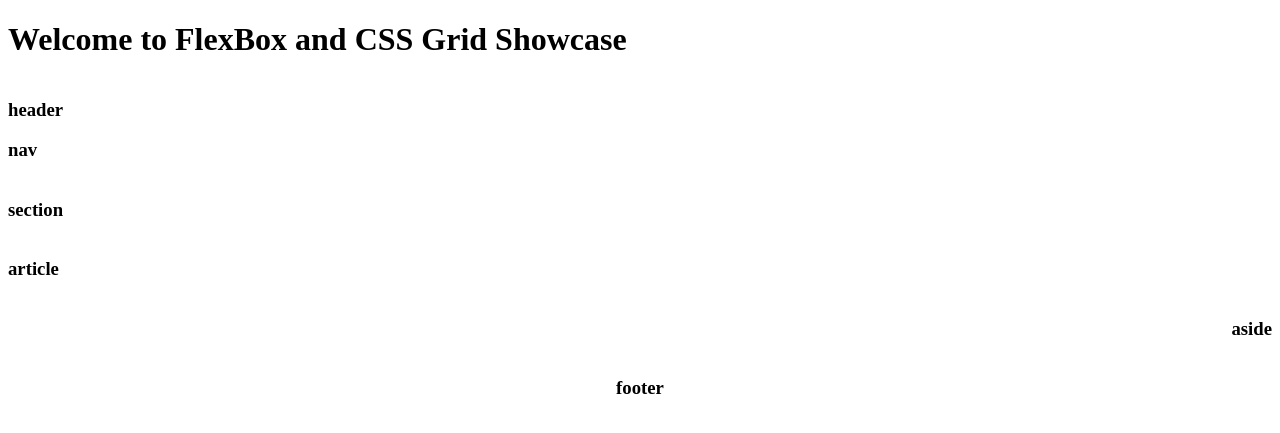
Repository: Awhit-commits/CSS_GRID_AND_FLEXBOX_LESSON
Page: index.html
These files come from the project's save history. The page is drawn as it stood at one moment and after the next save; the edit follows.
The browser window is 1280 px wide. The pictures show the whole page.

Above is the page before, as saved 2020-12-21 17:44:33.

### index.html
<!DOCTYPE html>
<html lang="en">

<head>
    <meta charset="UTF-8">
    <meta name="viewport" content="width=device-width, initial-scale=1.0">
    <title>Document</title>
    <link rel="stylesheet" href="style.css">
</head>

<body>
    <h1>Welcome to FlexBox and CSS Grid Showcase</h1>
    <div class="containerFlex">
        <div class="headerArea">
        <div class="header">
            <h3>header</h3>

        </div>
        <div class="nav">
            <h3>nav</h3>
        </div>
        </div>
        <div class="main">
            <div class="section">
                <h3>section</h3>
            </div>
            <div class="article">
                <h3>article</h3>
            </div>
        </div>
        <div class="aside">
            <h3>aside</h3>
        </div>
        <div class="footer">
            <h3>footer</h3>
        </div>
    </div>
    <script src="script.js"></script>
</body>

</html>

### style.css
.containerFlex {
    display: flex;
    flex-direction: column;
    flex-wrap: nowrap;
    justify-content: space-between;
    /* text-align: center; */
}

.main{
    display:flex;
    flex-direction: column;
    justify-content: flex-start;
    flex: 1 auto;
}
.headerArea{
    /* display: flex; */
    align-items: center;
    flex-direction: column;
    /* justify-content:center */
}
.header{
    flex: 1 1 auto;
}

.nav{
    flex: 1 auto;
}
.aside{
    /* display: flex; */
    align-self:flex-end;
    /* align-items:center; */
    /* text-align: center; */


}

.footer{
    display: flex;
    align-items: center;
    flex-direction: column;
}

### script.js
console.log(`Hello World`);

After the next save:
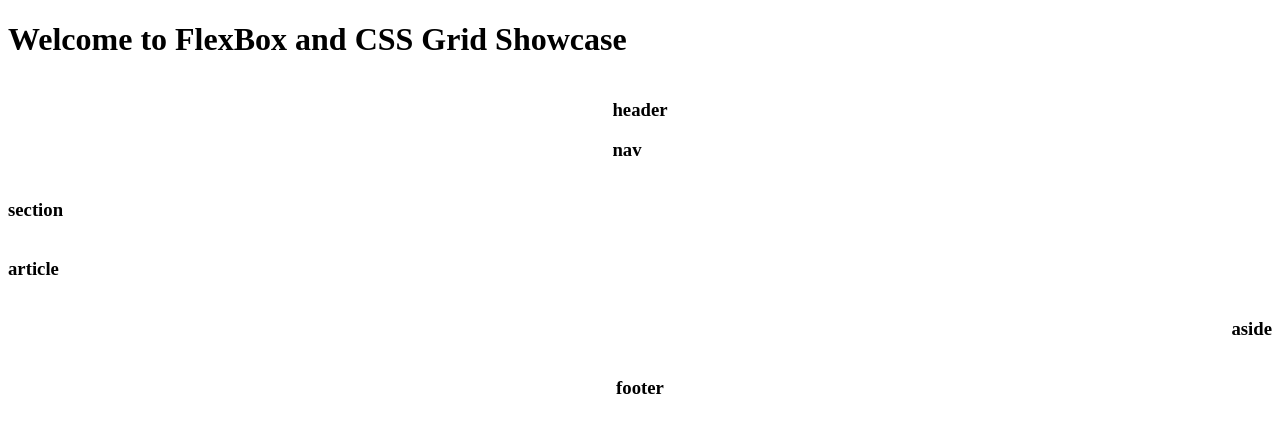
Saved 5 s later.
--- a/style.css
+++ b/style.css
@@ -14,7 +14,7 @@
 }
 .headerArea{
     /* display: flex; */
-    align-items: center;
+    align-self: center;
     flex-direction: column;
     /* justify-content:center */
 }
